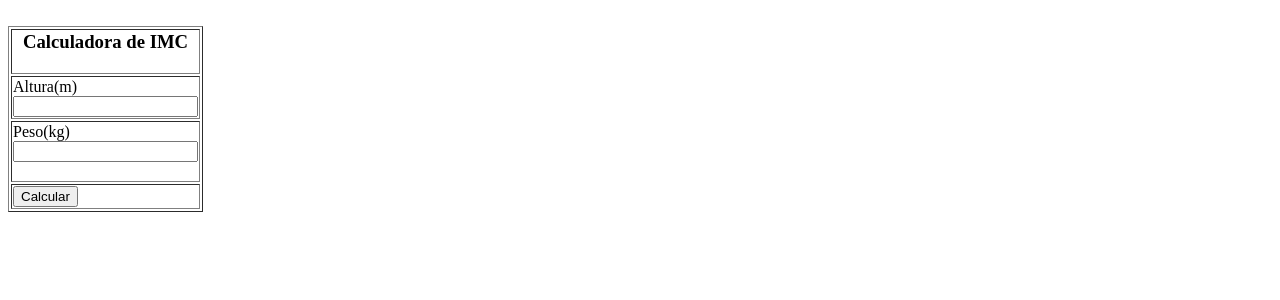
Repository: Patriciamativi/Projetos
Page: index.html
These files come from the project's save history. The page is drawn as it stood at one moment and after the next save; the edit follows.
The browser window is 1280 px wide. The pictures show the whole page.

Above is the page before, as saved 2022-11-17 21:08:36.

After the next save:
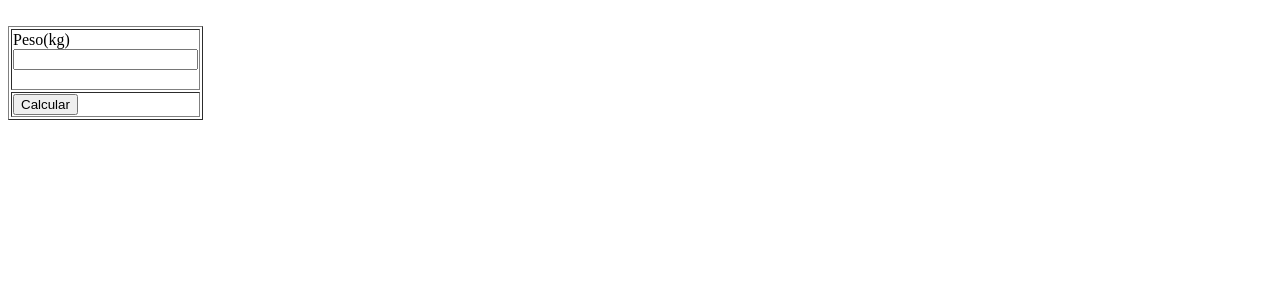
Saved 22 s later.
--- a/index.html
+++ b/index.html
@@ -3,7 +3,7 @@
         <title>Calculadora de IMC</title>
         <meta charset="utf-8"/>
     </head>
-<table border="1" backgroudcolor="red">
+<table border="1>
     <br>
         <tr>
             <th><h3>Calculadora de IMC</h3></th> </tr>

After the save that followed:
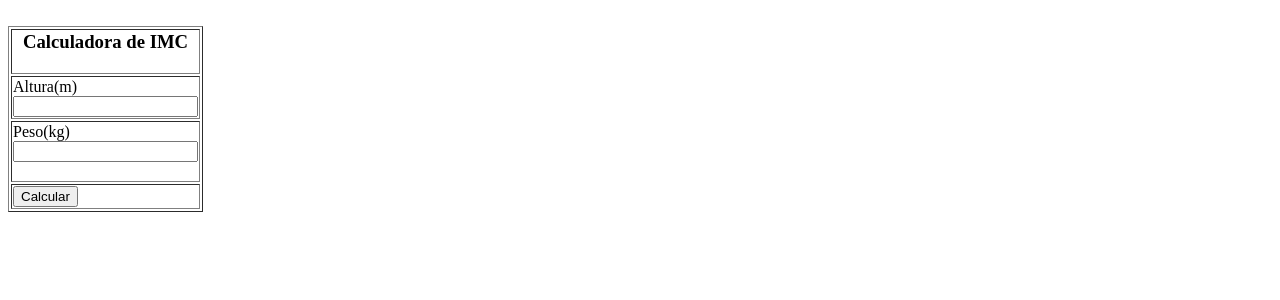
Saved 5 s later.
--- a/index.html
+++ b/index.html
@@ -3,7 +3,7 @@
         <title>Calculadora de IMC</title>
         <meta charset="utf-8"/>
     </head>
-<table border="1>
+<table border="1">
     <br>
         <tr>
             <th><h3>Calculadora de IMC</h3></th> </tr>
